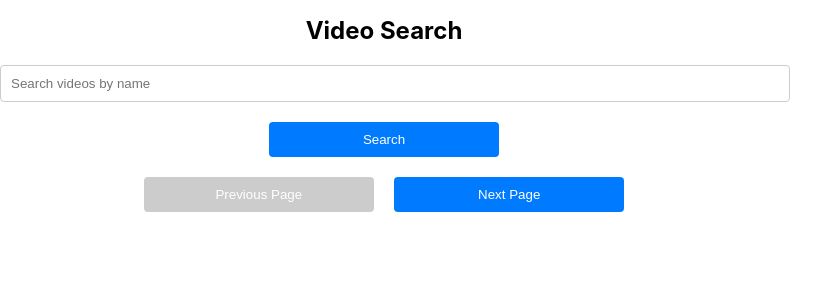
Repository: LolaSL/video-search
Page: /
The author's editor kept a copy of each file at every save. The page is drawn from the files as they stood at one save, then again after the next save.
The browser window is 768 px wide. The page is 790 px wide, then 830 px, so the pictures cover 830 px, including what lies to the right of the window. The pictures show the whole page.
The project was rebuilt for these pictures with package versions that can differ from the ones it lists, and the page was loaded fresh each time.

Above is the page before, as saved 2023-08-12 13:06:11.

After the next save:
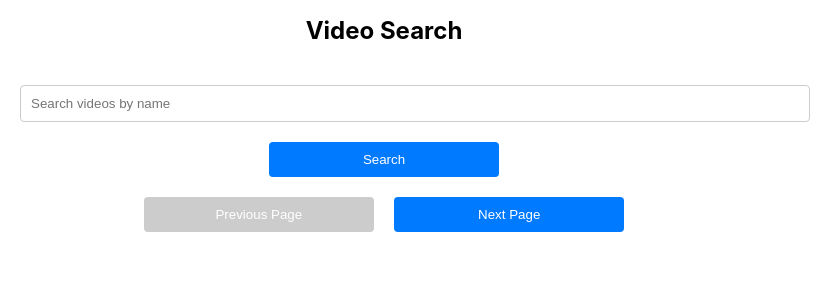
Saved 4 s later.
--- a/src/App.css
+++ b/src/App.css
@@ -74,7 +74,7 @@ iframe {
 
   input[type="text"] {
     width: 100%;
-    margin: 0;
+    margin: 20px;
     margin-bottom: 10px;
   }
 
